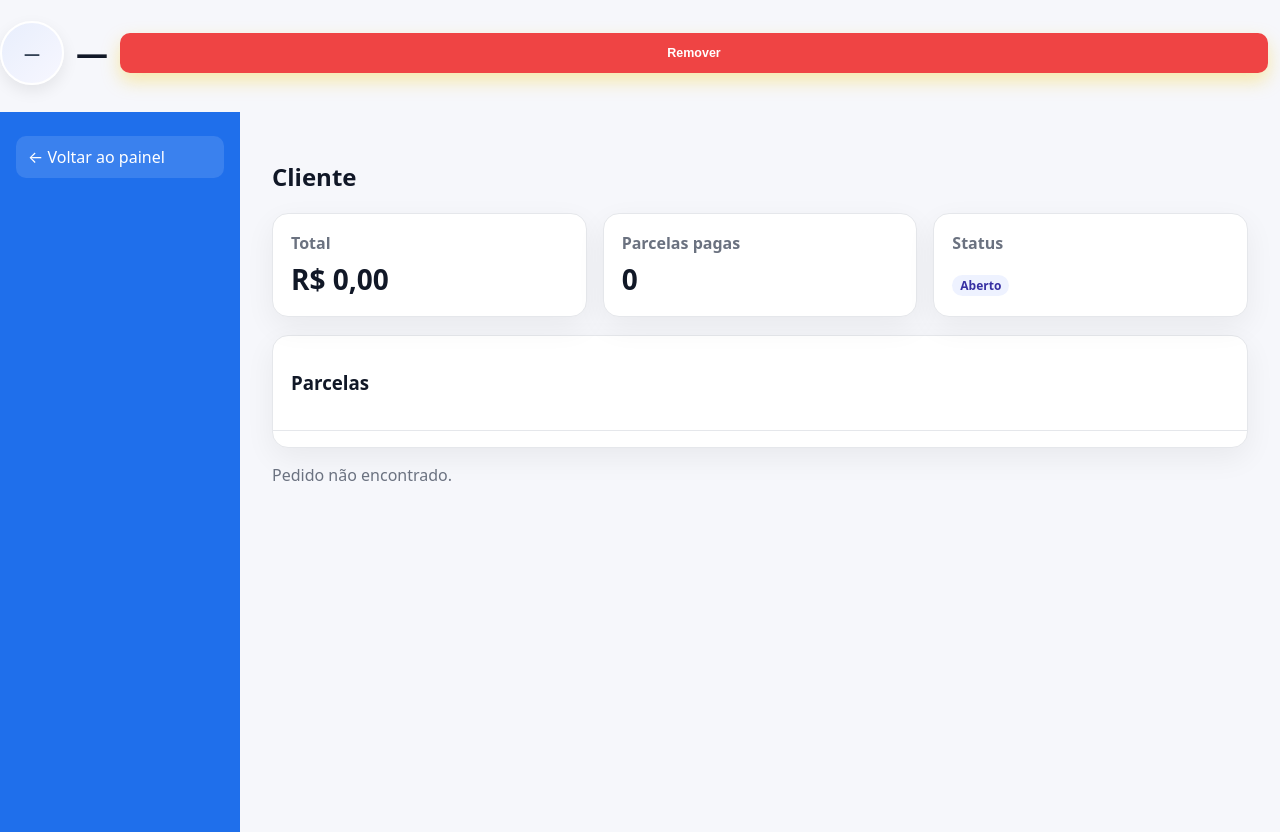
Repository: Rob-son-prog/NegocioSistema
Page: portal.html
These files come from the project's save history. The page is drawn as it stood at one moment and after the next save; the edit follows.
The browser window is 1280 px wide. The pictures show the whole page.

Above is the page before, as saved 2025-08-27 09:35:57.

After the next save:
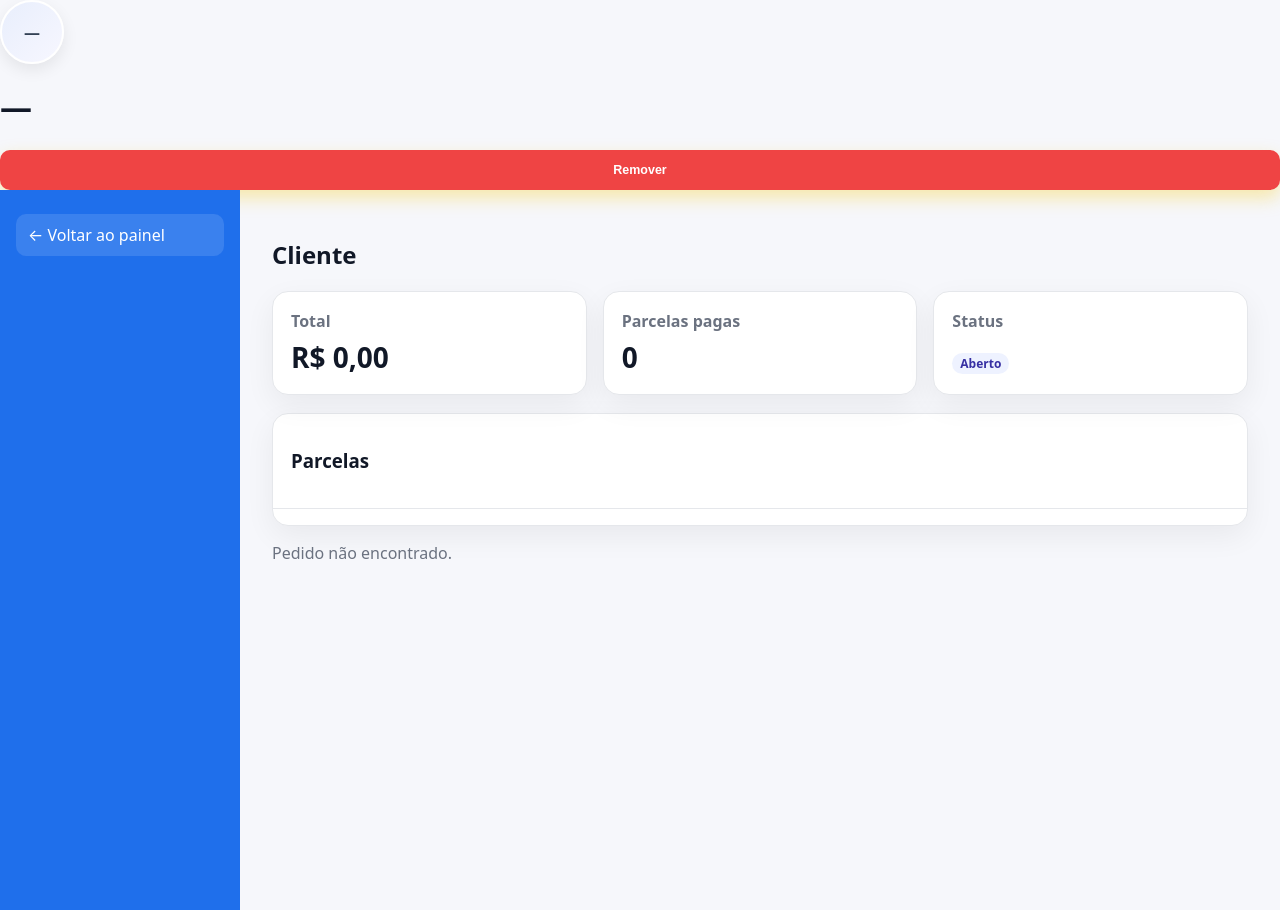
Saved 87 s later.
--- a/style.css
+++ b/style.css
@@ -678,17 +678,7 @@
   .cards{ grid-template-columns: repeat(2,1fr) !important; }
 }
 
-/* ===== Capa do cliente (portal) ===== */
-.client-head{
-  display:grid;
-  grid-template-columns:auto 1fr auto;
-  align-items:center;
-  gap:12px;
-  margin:10px 0 16px;
-}
-
-.client-left{ display:flex; align-items:center; gap:12px; min-width:0; }
-.client-actions{ display:flex; gap:8px; }
+
 
 /* Avatar redondo com overlay de câmera */
 .avatar-upload{

After the save that followed:
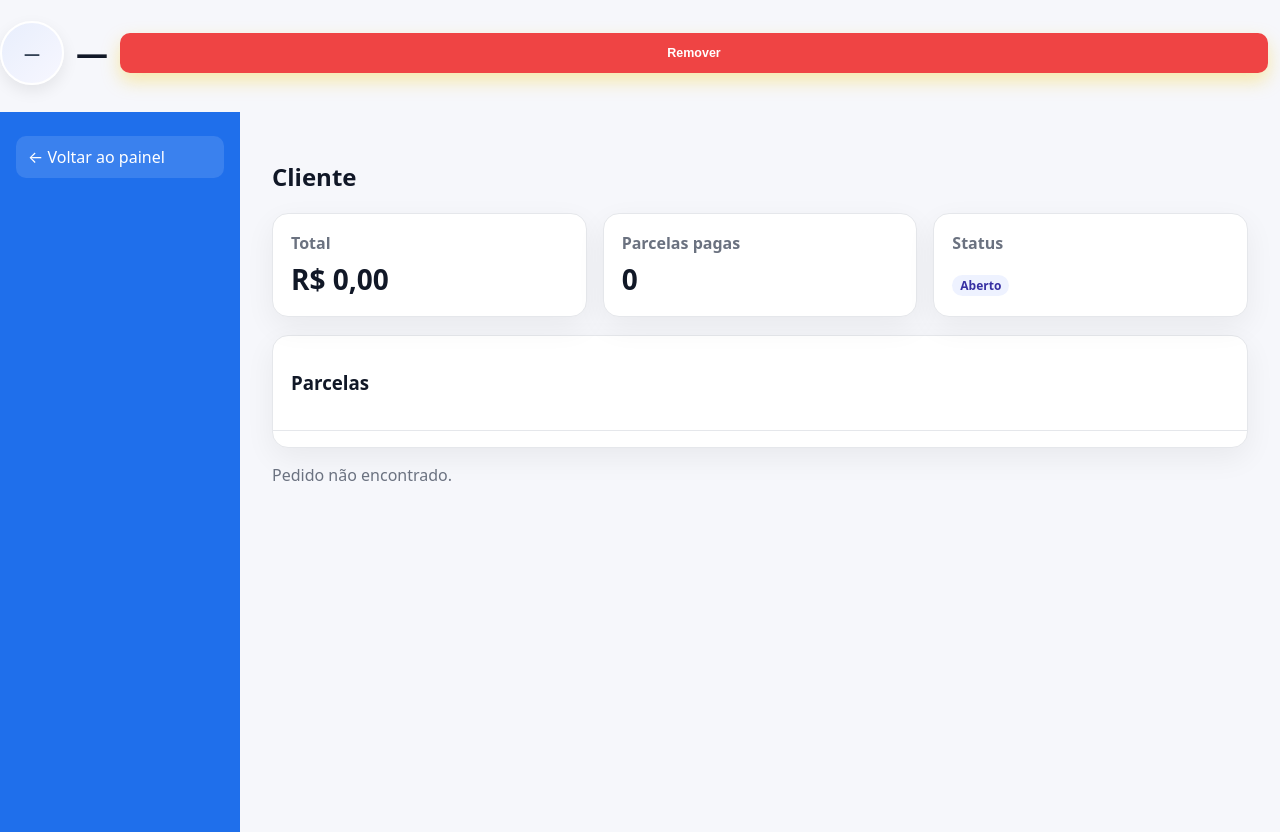
Saved 16 s later.
--- a/style.css
+++ b/style.css
@@ -678,7 +678,17 @@
   .cards{ grid-template-columns: repeat(2,1fr) !important; }
 }
 
-
+/* ===== Capa do cliente (portal) ===== */
+.client-head{
+  display:grid;
+  grid-template-columns:auto 1fr auto;
+  align-items:center;
+  gap:12px;
+  margin:10px 0 16px;
+}
+
+.client-left{ display:flex; align-items:center; gap:12px; min-width:0; }
+.client-actions{ display:flex; gap:8px; }
 
 /* Avatar redondo com overlay de câmera */
 .avatar-upload{
